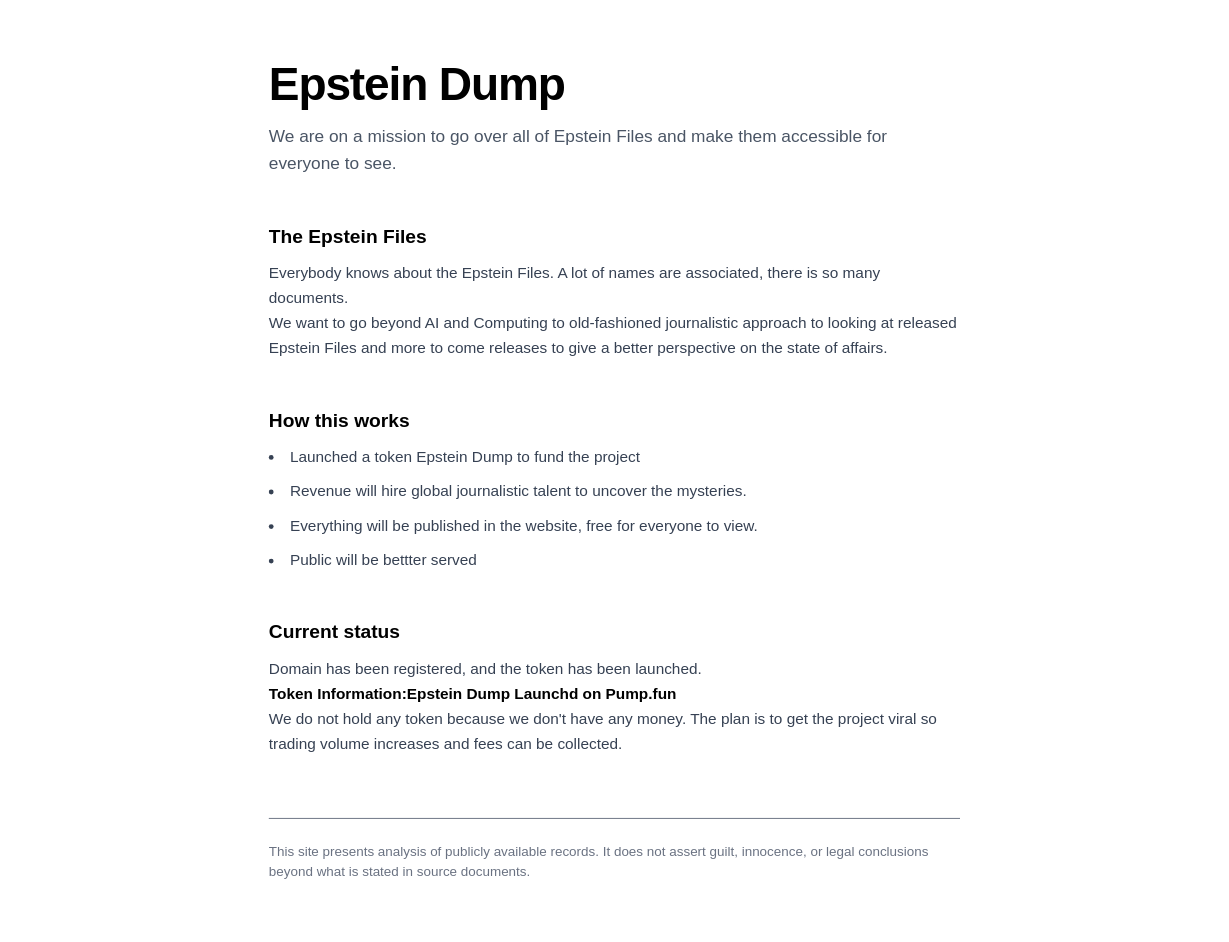
Repository: dayvoid97/epsteindump
Page: /
The author's editor kept a copy of each file at every save. The page is drawn from the files as they stood at one save, then again after the next save.
The browser window is 1280 px wide. The pictures show the whole page, at 96% of full size.
The project was rebuilt for these pictures with package versions that can differ from the ones it lists, and the page was loaded fresh each time. The framework's server and built-in components were replaced by stand-ins that run in the browser. Also part of the build but not shown: next.config.ts.

Above is the page before, as saved 2026-02-02 02:27:34.

After the next save:
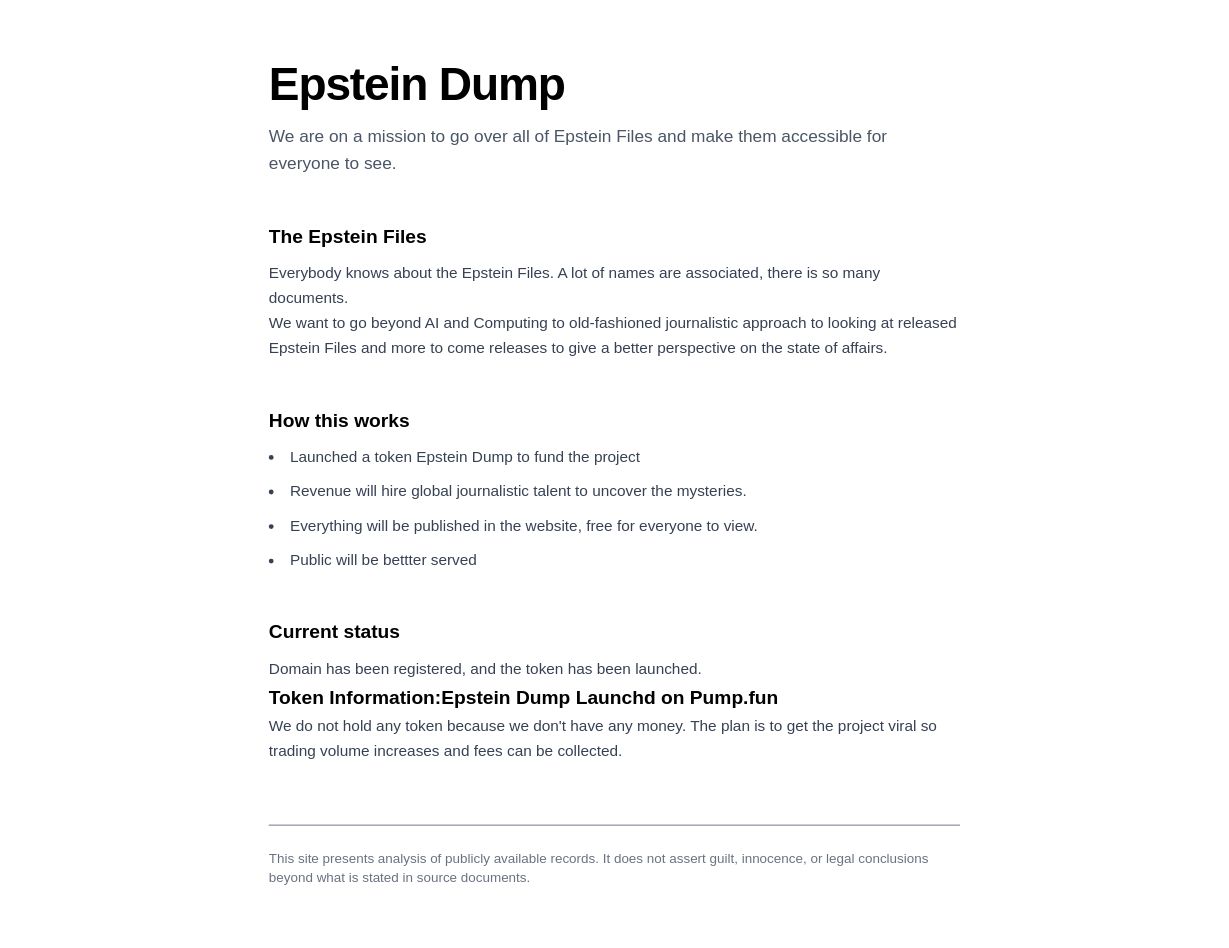
Saved 11 s later.
--- a/app/page.tsx
+++ b/app/page.tsx
@@ -43,7 +43,7 @@
           <p className="text-gray-700 leading-relaxed">
             Domain has been registered, and the token has been launched.
           </p>
-          <p className=" font-bold leading-relaxed">
+          <p className=" font-bold text-xl  leading-relaxed">
             Token Information:
             <a href="https://pump.fun/coin/AjRmSm4ZyLYUZ9ftCfi5yzLexpvPSRJtbccKJ99Dpump">
               Epstein Dump Launchd on Pump.fun
